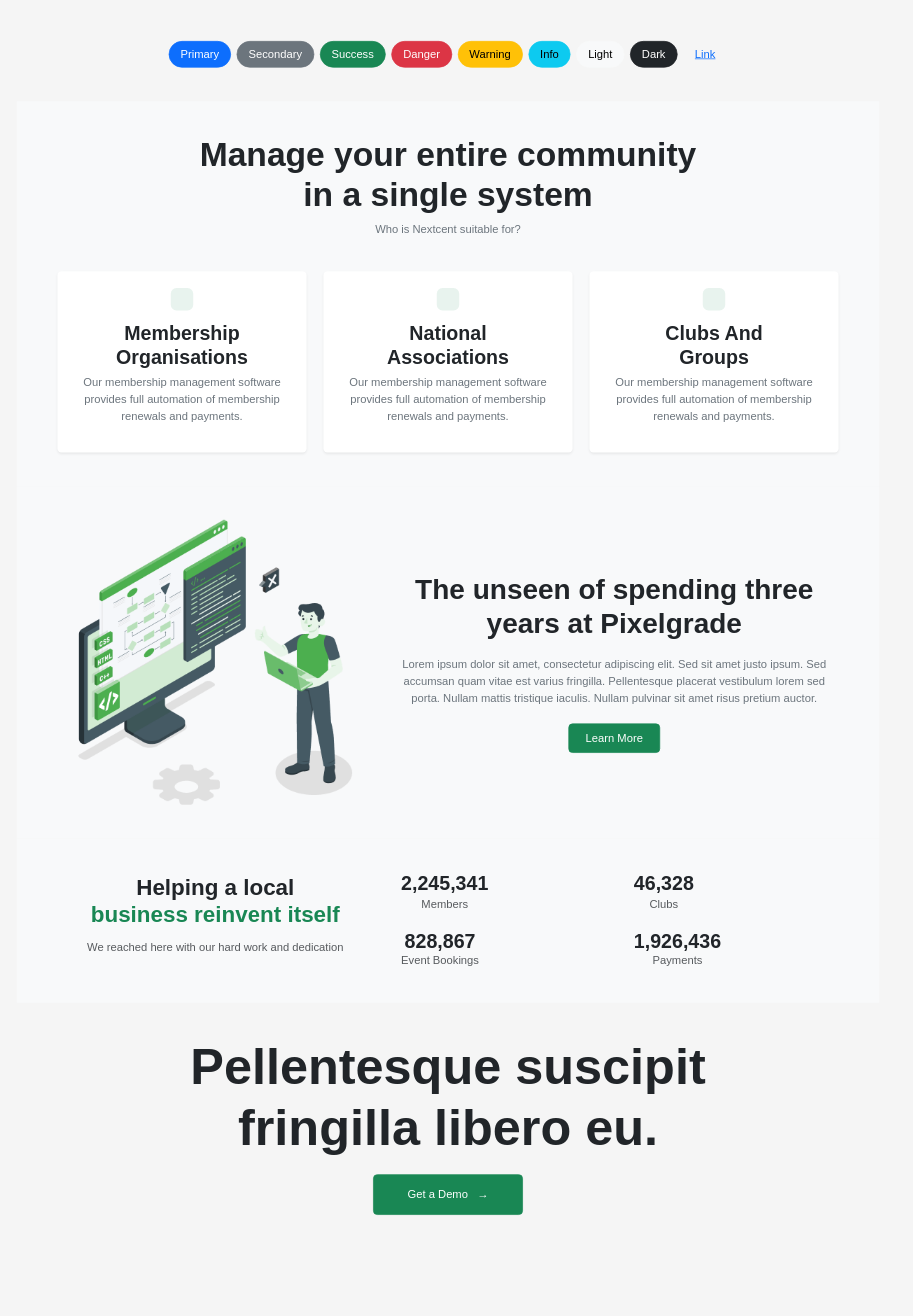
Repository: Laibaaa10/Bootstrap1
Page: index.html
These files come from the project's save history. The page is drawn as it stood at one moment and after the next save; the edit follows.
The browser window is 1280 px wide. The page is 1304 px wide, so the pictures cover 1304 px, including what lies to the right of the window. The pictures show the part of the page from y = 1021 to 2901 px (the page is 2901 px tall before and 2752 px after), at 70% of full size.

Above is the page before, as saved 2026-06-18 07:47:05.

After the next save:
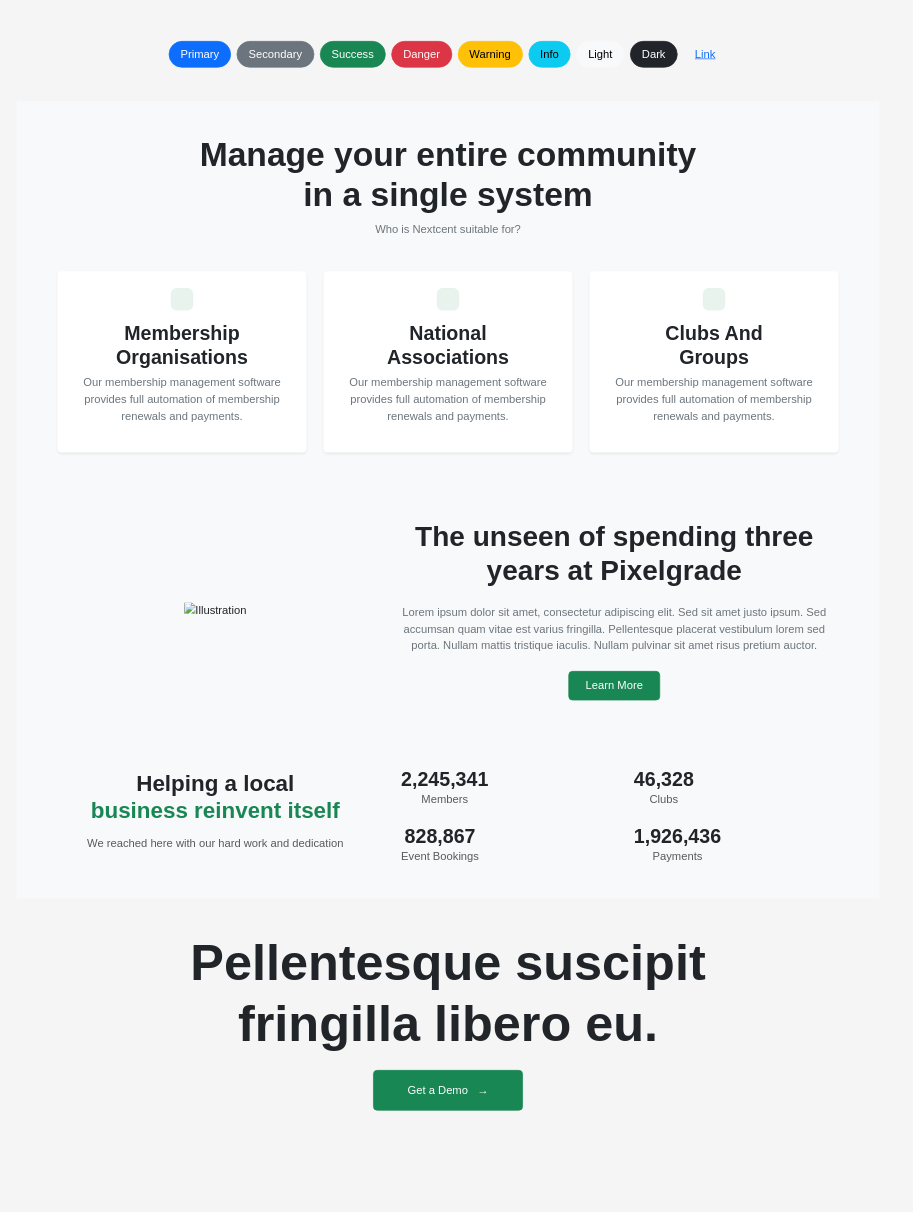
Saved 3 min 40 s later.
--- a/index.html
+++ b/index.html
@@ -160,7 +160,7 @@
     <div class="container">
         <div class="row align-items-center">
             <div class="col-lg-5 text-center mb-4 mb-lg-0">
-                <img src="illustration.png" alt="Illustration"
+                <img src="./" alt="Illustration"
                      class="img-fluid">
             </div>
 

After the 2 saves that followed:
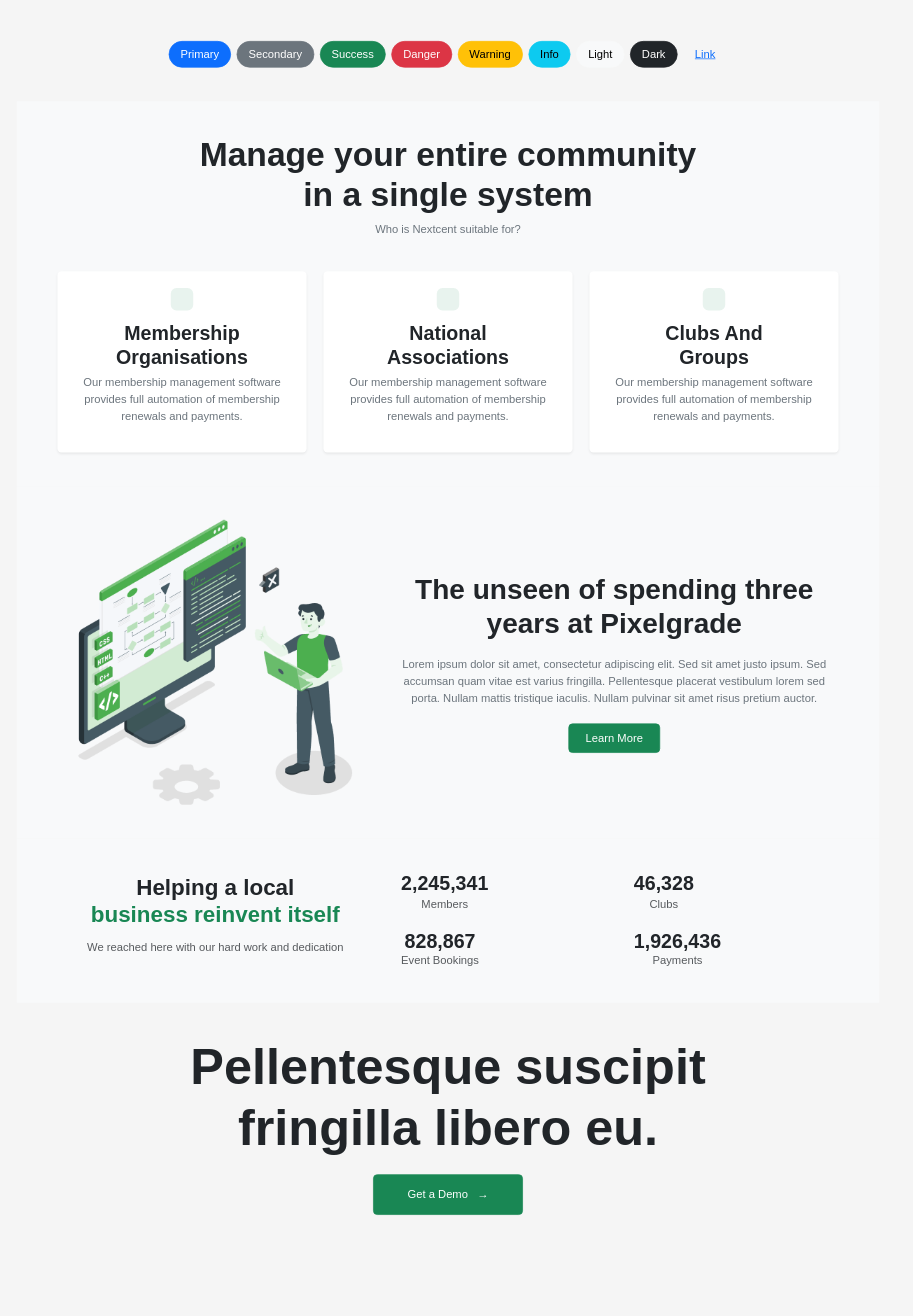
The 2 saves are shown as one change because they came seconds apart.
The last was saved 10 s later.
--- a/index.html
+++ b/index.html
@@ -160,7 +160,7 @@
     <div class="container">
         <div class="row align-items-center">
             <div class="col-lg-5 text-center mb-4 mb-lg-0">
-                <img src="./" alt="Illustration"
+                <img src="./images/illustration.png" alt="Illustration"
                      class="img-fluid">
             </div>
 
